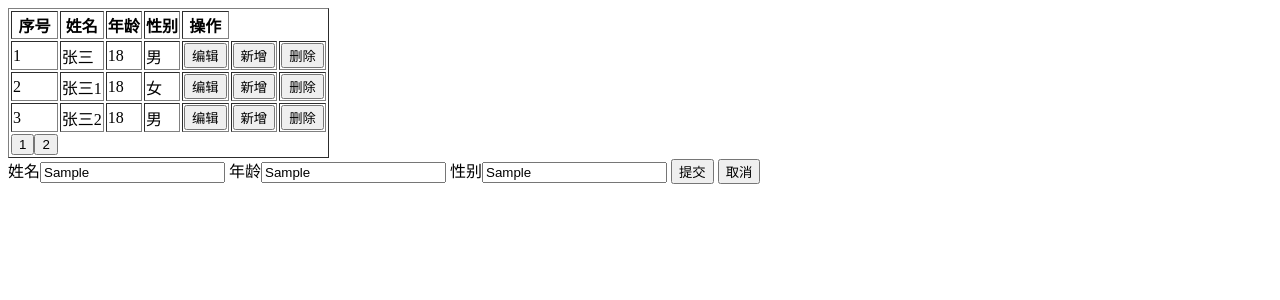
Repository: yuanritian1/5oproject50days
Page: 表格table/index.html
The author's editor kept a copy of each file at every save. The page is drawn from the files as they stood at one save, then again after the next save.
The browser window is 1280 px wide. The pictures show the whole page.
Empty fields were first filled with sample values (such as "Sample", 5 or name@example.com).
After loading, the first visible `button` was clicked once.

Above is the page before, as saved 2022-09-03 15:47:53.

### 表格table/index.html
<!DOCTYPE html>
<html lang="en">

<head>
    <meta charset="UTF-8">
    <meta http-equiv="X-UA-Compatible" content="IE=edge">
    <meta name="viewport" content="width=device-width, initial-scale=1.0">
    <title>Document</title>
</head>

<body>
    <div id="containerBox">
        <table border="1">
            <thead>
                <tr>
                    <th>
                        序号
                    </th>
                    <th>
                        姓名
                    </th>
                    <th>
                        年龄
                    </th>
                    <th>
                        性别
                    </th>
                    <th>
                        操作
                    </th>
                </tr>
            </thead>
            <tbody id="content">
            </tbody>
            <tfoot id="foot">
            </tfoot>
        </table>
    </div>
    <div>
        <label>姓名</label><input type="text">
        <label>年龄</label><input type="text">
        <label>性别</label><input type="text">
        <button>提交</button>
        <button>取消</button>
    </div>
</body>

</html>
<script>
    const DATE_ARR = [
        { id: '1', name: '张三', age: '18', sex: '男' },
        { id: '2', name: '张三1', age: '18', sex: '女' },
        { id: '3', name: '张三2', age: '18', sex: '男' },
        { id: '4', name: '张三3', age: '18', sex: '男' },
        { id: '5', name: '张三4', age: '18', sex: '女' },
        { id: '6', name: '张三5', age: '18', sex: '男' },
    ]
    let bodyContent = document.getElementById('content')
    let footContent = document.getElementById('foot')
    let btnGrounp = document.querySelectorAll('input')
    console.log(btnGrounp);
    function showTable(data) {
        bodyContent.innerHTML = ''
        data.forEach((item) => {
            bodyContent.innerHTML += `
    <tr>
        <td>${item.id}</td>
        <td>${item.name}</td>
        <td>${item.age}</td>
        <td>${item.sex}</td>
        <td><button onclick='edit(${item.id})'>编辑</button></td>
        <td><button>新增</button></td>
        <td><button>删除</button></td>
        </tr>
    `
        })
    }
    function edit(e) {
        for (let i = 0; i < DATE_ARR.length; i++) {
            if (DATE_ARR[i].id === e) {

            }
        }
    }
    function jiequ(value) {
        let arr = DATE_ARR.slice((value - 1) * 3, 3 * value)
        showTable(arr)
    }
    function page(e) {
        jiequ(+e.innerHTML)
    }
    function fenye() {
        let num = Math.ceil(DATE_ARR.length / 3)
        let str = ''
        for (let i = 0; i < num; i++) {
            str += `
<button onclick='page(this)'>${i + 1}</button>
`
        }
        footContent.innerHTML = str
    }
    fenye()
    jiequ(1)
</script>

After the next save:
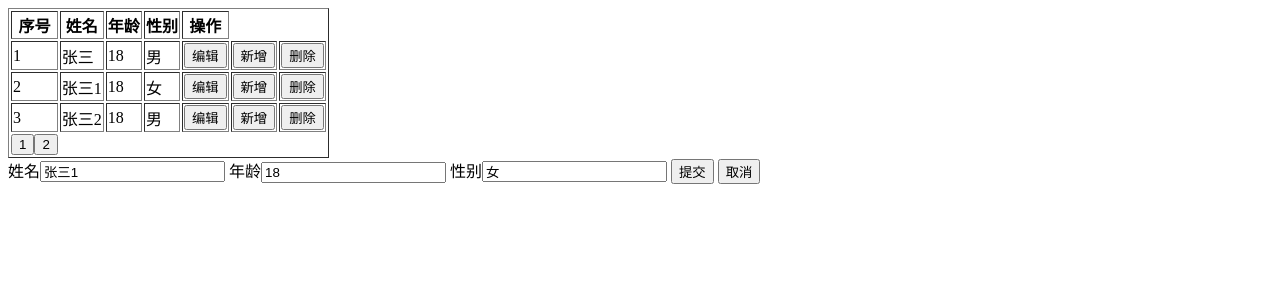
Saved 98 s later.
--- a/表格table/index.html
+++ b/表格table/index.html
@@ -76,11 +76,9 @@
         })
     }
     function edit(e) {
-        for (let i = 0; i < DATE_ARR.length; i++) {
-            if (DATE_ARR[i].id === e) {
-
-            }
-        }
+        btnGrounp[0].value = DATE_ARR[e].name
+        btnGrounp[1].value = DATE_ARR[e].age
+        btnGrounp[2].value = DATE_ARR[e].sex
     }
     function jiequ(value) {
         let arr = DATE_ARR.slice((value - 1) * 3, 3 * value)
